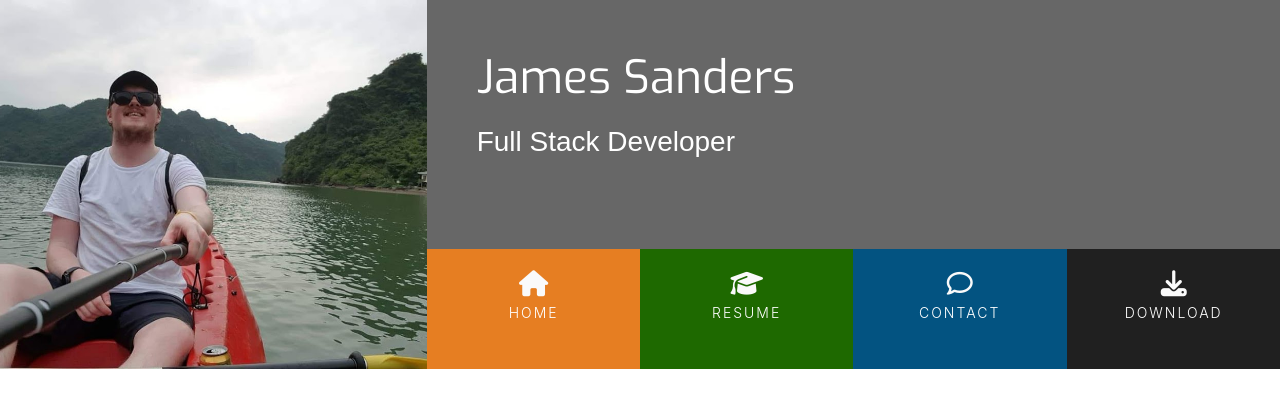
Repository: JaySanders95/my-online-resume
Page: index.html
The author's editor kept a copy of each file at every save. The page is drawn from the files as they stood at one save, then again after the next save.
The browser window is 1280 px wide. The pictures show the whole page.
Some web fonts or font styles are not loaded; a fallback is used. Some web libraries are served in a nearby version.

Above is the page before, as saved 2023-04-19 17:23:02.

### index.html
<!DOCTYPE html>
<html lang="en">
<head>
    <meta charset="UTF-8">
    <meta http-equiv="X-UA-Compatible" content="IE=edge">
    <meta name="viewport" content="width=device-width, initial-scale=1.0">
    <link rel="stylesheet" href="https://cdn.jsdelivr.net/npm/@fortawesome/fontawesome-free@6.2.1/css/fontawesome.min.css" integrity="sha384-QYIZto+st3yW+o8+5OHfT6S482Zsvz2WfOzpFSXMF9zqeLcFV0/wlZpMtyFcZALm" crossorigin="anonymous">
    <link rel="stylesheet" href="https://cdn.jsdelivr.net/npm/bootstrap@4.6.2/dist/css/bootstrap.min.css" integrity="sha384-xOolHFLEh07PJGoPkLv1IbcEPTNtaed2xpHsD9ESMhqIYd0nLMwNLD69Npy4HI+N" crossorigin="anonymous">
    <link rel="stylesheet" href="assets/css/style.css">
    <link rel="stylesheet" href="https://cdnjs.cloudflare.com/ajax/libs/hover.css/2.3.1/css/hover-min.css" integrity="sha512-csw0Ma4oXCAgd/d4nTcpoEoz4nYvvnk21a8VA2h2dzhPAvjbUIK6V3si7/g/HehwdunqqW18RwCJKpD7rL67Xg==" crossorigin="anonymous" referrerpolicy="no-referrer" />
    <title>James Sanders' Resume</title>
</head>
<body>
    <header>
        <div class="row no-gutters">
            <a href="index.html" class="col-md-4 logo">

            </a>
            <div class="col-md-8">
                <div class="row bg-color-name-title no-gutters">
                    <div class="col heading">
                        <h1 class="name">James Sanders</h1>
                        <h2 class="title">Full Stack Developer</h2>

                    </div>
                </div>
                <div class="row no-gutters">
                    <div class="col">
                        <ul id="nav" class="list-inline menucontainer">
                            <li class="col-6 col-sm-3 ui-menu-color-home list-inline-item menuitem">
                                <a href="#" class="hvr-bounce-to-bottom"><i class="fa fa-home" aria-hidden="true"></i><span>Home</span></a>
                            </li>
                            <li class="col-6 col-sm-3 ui-menu-color-resume list-inline-item menuitem">
                                <a href="#" class="hvr-bounce-to-bottom"><i class="fa fa-graduation-cap" aria-hidden="true"></i><span>Resume</span></a>
                            </li>
                            <li class="col-6 col-sm-3 ui-menu-color-contact list-inline-item menuitem">
                                <a href="#" class="hvr-bounce-to-bottom"><i class="fa fa-comment-o" aria-hidden="true"></i><span>Contact</span></a>
                            </li>
                            <li class="col-6 col-sm-3 ui-menu-color-download list-inline-item menuitem">
                                <a href="#" class="hvr-bounce-to-bottom"><i class="fa fa-download" aria-hidden="true"></i><span>Download</span></a>
                            </li>
                        </ul>
                    </div>
                </div>
            </div>
        </div>
    </header>
    <section>

    </section>
    <footer>

    </footer>
    <script src="https://kit.fontawesome.com/c80cd6a143.js" crossorigin="anonymous"></script>
</body>
</html>

### assets/css/style.css
@import url('https://fonts.googleapis.com/css2?family=Anuphan:100,200,300,400,500,600,700wght@300&family=Exo:100,200,300,400,500,600,700ital,wght@1,300&display=swap');


/* ------- Colours ---------*/

.bg-color-name-title {
    background-color:#676767;
}


.ui-menu-color-home {
    background-color: #e67e22;
}

.ui-menu-color-resume {
    background-color: #1e6900;
}

.ui-menu-color-contact {
    background-color: #035381;
}

.ui-menu-color-download {
    background-color: #202020;
}


/* ------- Headers ---------*/
header {
    margin: 0;
}

.heading {
    margin-left: 50px;
}

.logo {
    background: url(../images/me.png);
    background-position: center;
    background-repeat: no-repeat;
    background-size: cover;
    min-height: 360px;
    transition: all .5s ease-in-out;
    -moz-transition: all .5s ease-in-out;
    -webkit-transition: all .5s ease-in-out;
}

.name {
    font-family: 'Exo', sans-serif;
    font-weight: 100;
    font-size: 46px;
    margin-top: 50px;
    color: #fff;
}

.title {
    font-family: 'Anuphan', sans-serif;
    font-weight: 200;
    font-size: 28px;
    margin-top: 20px;
    margin-bottom: 90px;
    color: #fff;
}

.list-inline-item:not(:last-child) {
    margin: 0;
}

.menucontainer {
    font-size: 0;
}

#nav li {
    font-size: 14px;
    padding: 0;
}

#nav {
    margin: 0;
}

.menuitem {
    height: 120px;
    text-align: center;
    padding: 0;

}

.menuitem a {
    width: 100%;
    text-decoration: none;
    color: #fff;
    height: 120px;
}

.menuitem a i {
    display: block;
    padding-top: 22px;
    color: #fafafa;
    font-size: 26px;
}

.menuitem span {
    display: block;
    width: 100%;
    padding-top: 5px;
    text-align: center;
    text-transform: uppercase;
    font-size: 14px;
    font-weight: 300;
    letter-spacing: 2px;
}

/* ------- Hover.css ---------*/

.hvr-bounce-to-bottom:before {
    background: rgba(0, 0, 0, 0.2);
    height: 120px;

}

After the next save:
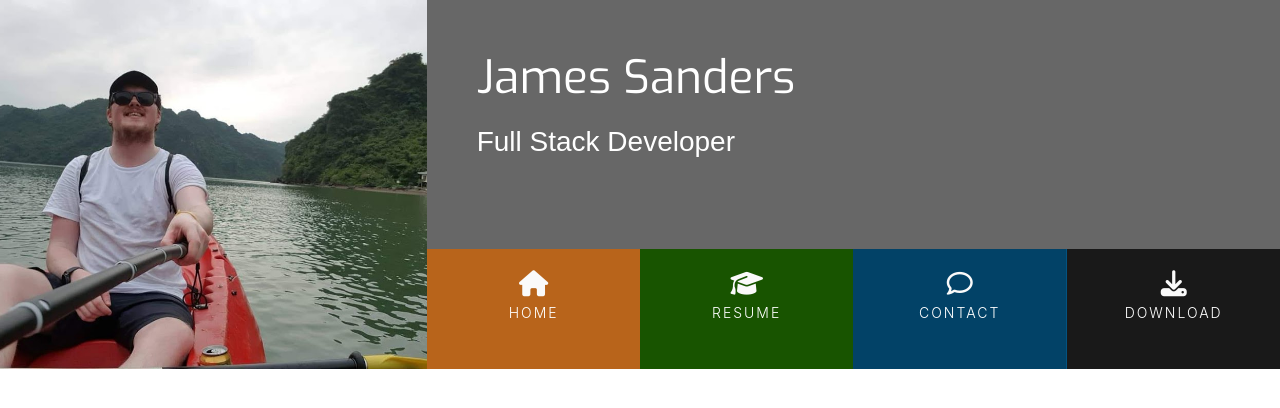
Saved 30 s later.
--- a/assets/css/style.css
+++ b/assets/css/style.css
@@ -113,7 +113,7 @@
 
 /* ------- Hover.css ---------*/
 
-.hvr-bounce-to-bottom:before {
+.hvr-bounce-to-bottom {
     background: rgba(0, 0, 0, 0.2);
     height: 120px;
 

After the save that followed:
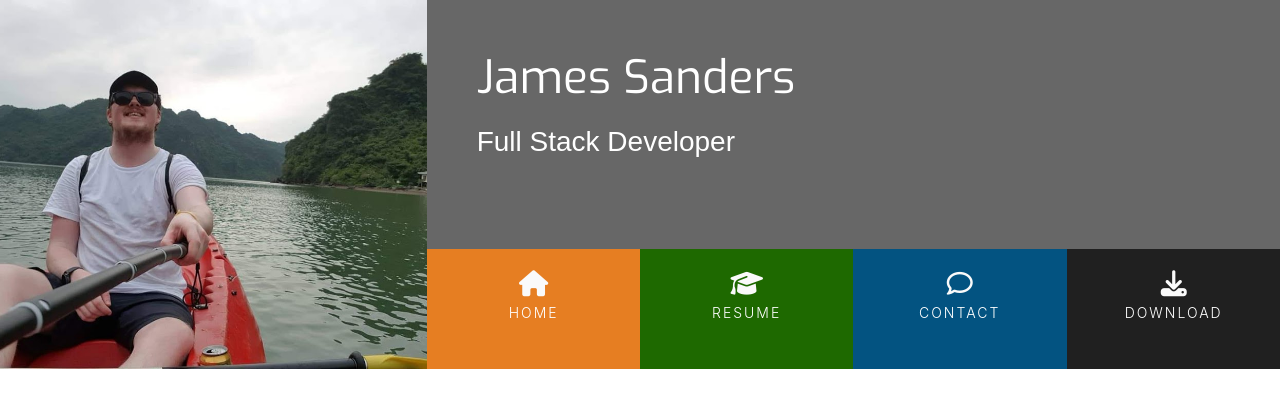
Saved 16 s later.
--- a/assets/css/style.css
+++ b/assets/css/style.css
@@ -113,7 +113,7 @@
 
 /* ------- Hover.css ---------*/
 
-.hvr-bounce-to-bottom {
+.hvr-bounce-to-bottom::before {
     background: rgba(0, 0, 0, 0.2);
     height: 120px;
 
